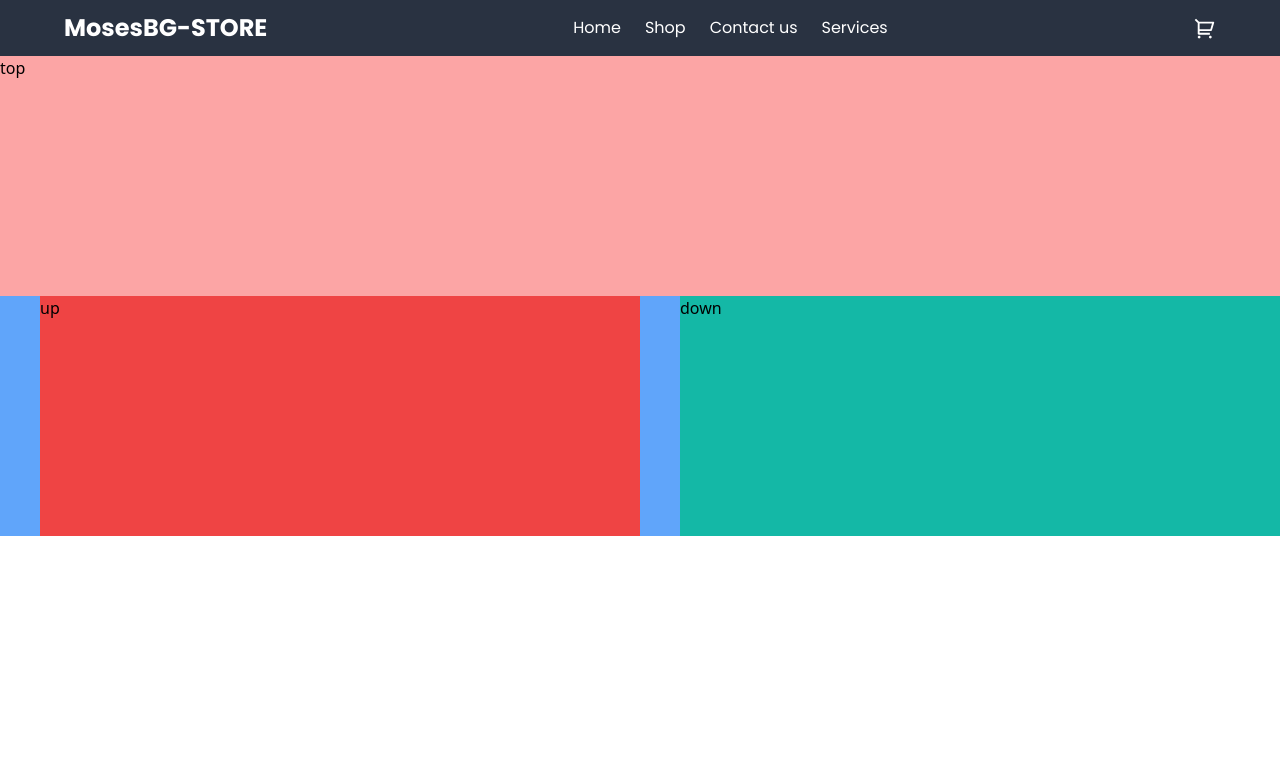
Repository: moshebengan/cart
Page: /fake-store/contact-us
The author's editor kept a copy of each file at every save. The page is drawn from the files as they stood at one save, then again after a run of saves.
The browser window is 1280 px wide. The pictures show the whole page.
The project was rebuilt for these pictures with package versions that can differ from the ones it lists, and the page was loaded fresh each time. Also part of the build but not shown: vite.config.js, src/components/Error.jsx, src/utils/data.js, src/utils/apiCalls.js, src/components/Loading.jsx, src/components/Products.jsx, src/components/Footer.jsx, src/pages/HomePage.jsx and 5 more.

Above is the page before, as saved 2024-09-15 15:23:47.

### index.html
<!DOCTYPE html>
<html lang="en">
  <head>
    <meta charset="UTF-8" />
    <link rel="icon" type="image/svg+xml" href="/vite.svg" />
    <meta name="viewport" content="width=device-width, initial-scale=1.0" />
    <link rel="preconnect" href="https://fonts.googleapis.com" />
    <link rel="preconnect" href="https://fonts.gstatic.com" crossorigin />
    <link
      href="https://fonts.googleapis.com/css2?family=Poppins:ital,wght@0,100;0,200;0,300;0,400;0,500;0,600;0,700;0,800;0,900;1,100;1,200;1,300;1,400;1,500;1,600;1,700;1,800;1,900&display=swap"
      rel="stylesheet"
    />
    <title>MosesBG-SHOP</title>
  </head>
  <body>
    <div id="root"></div>
    <script type="module" src="/src/main.jsx"></script>
  </body>
</html>

### src/main.jsx
import { StrictMode } from 'react'
import { createRoot } from 'react-dom/client'

import './index.css'
import { createBrowserRouter, RouterProvider } from 'react-router-dom'
import routes from './routes.jsx'

const router = createBrowserRouter(routes)

createRoot(document.getElementById('root')).render(
  <StrictMode>
    <RouterProvider router={router} />
  </StrictMode>,
)

### src/index.css
@tailwind base;
@tailwind components;
@tailwind utilities;

body,
html {
  height: 100%;
  width: 100%;
}

.container {
  width: 90%;
  margin: auto;
}

### src/routes.jsx
import Error from "./components/Error";
import ContactUs from "./pages/ContactUs";
import HomePage from "./pages/HomePage";
import MyCart from "./pages/MyCart";
import NavigationBar from "./pages/NavigationBar";
import ShopPage from "./pages/ShopPage";


const routes = [
	{
		path: '/fake-store',
		element: <NavigationBar />,
		children: [
			{
				path:"home",
				element:<HomePage/>,
				errorElement: <Error/>
			},
			{ 	path: 'shop',
				 	element: <ShopPage />,
					errorElement: <Error/>

			},
			{
				path: 'cart',
				element: <MyCart />,
				errorElement: <Error/>
			},
			{
				path:'contact-us',
				element: <ContactUs/>,
				errorElement: <Error />
			}
		]

	},

];

export default routes

### src/pages/ContactUs.jsx


const ContactUs = () => {
  return (
    <div className="w-full h-screen flex flex-col relative">
      <div className="w-full flex-1 bg-red-300">top</div>
      <div className="w-full flex-1 bg-blue-400  flex flex-row justify-evenly items-center gap-10">
        <div className="ml-10 flex-1 h-full bg-red-500" >up</div>
        <div className="flex-1 h-full bg-teal-500">down</div>
        {/* <div className="absolute -top-10 left-10 bg-yellow-300 flex-initial w-64">left</div>
        <div className="absolute -top-10 right-10 bg-pink-400 flex-initial w-32 ">right</div> */}
      </div>
      <div className="bg-white flex-1"></div>
    </div>
  )
}

export default ContactUs

### src/pages/NavigationBar.jsx
import { useState } from "react";
import { Link, Outlet } from "react-router-dom";
import { IoMdMenu, IoMdClose } from "react-icons/io";
import Cart from "../components/Cart";

const NavigationBar = () => {
  const [isOpen, setIsOpen] = useState(false);
  const [cartItems, setCartItems] = useState(0);

  const openNav = () => {
    setIsOpen(!isOpen);
  };

  const resetNav = () => {
    if (isOpen) setIsOpen(!isOpen);
  };

  return (
    <>
      <div className="w-full bg-dark-blue font-poppins">
        <div className="container">
          <nav className="py-3 flex justify-between items-center text-white">
            <h1 className="font-bold text-2xl">MosesBG-STORE</h1>
            <div className="hidden md:flex gap-6">
              <Link to={"/fake-store/home"}>Home</Link>
              <Link to={"/fake-store/shop"}>Shop</Link>
              <Link to={"/fake-store/contact-us"}>Contact us</Link>
              <Link>Services</Link>
            </div>
            <div className="flex flex-row items-center gap-5">
              <Cart resetNav={resetNav} items={cartItems} />
              <div className="z-50 md:hidden">
                <button className="flex items-center">
                  {isOpen ? (
                    <IoMdClose className="p1" onClick={openNav} />
                  ) : (
                    <IoMdMenu className="p1" onClick={openNav} />
                  )}
                </button>
              </div>
            </div>
          </nav>
          <div
            className={`container text-dark-blue ${
              isOpen ? "block" : "hidden"
            } `}
          >
            <div className="z-40 fixed top-0 left-0 bottom-0 w-full bg-dark-blu opacity-35"></div>
            <nav className="z-50 fixed top-0 left-0 bottom-0 flex flex-col gap-10 w-5/6 max-w-sm py-6 px-6 bg-[#F8F8F8] overflow-y-auto">
              <div>
                <h1 className="font-bold text-3xl">MosesBG-SHOP</h1>
                <hr className="h-px mt-3 bg-gray-200 border-0" />
              </div>
              <div className="flex flex-col gap-5">
                <Link
                  to={"/fake-store"}
                  className="nav-item-hover"
                  onClick={resetNav}
                >
                  Home
                </Link>
                <Link
                  to={"/fake-store/shop"}
                  className="nav-item-hover"
                  onClick={resetNav}
                >
                  Shop
                </Link>
                <Link className="nav-item-hover">Contact Us</Link>
                <Link className="nav-item-hover">Services</Link>
                <hr className="h-px mt-3 bg-gray-200 border-0" />
              </div>
            </nav>
          </div>
        </div>
      </div>
      <div className="h-screen w-auto">
        <Outlet context={[cartItems, setCartItems]} />
      </div>
    </>
  );
};

export default NavigationBar;

### src/components/Cart.jsx
import { RiShoppingCart2Line } from "react-icons/ri";
import { Link } from "react-router-dom";

const Cart = ({ resetNav, items }) => {
  return (
    <Link to={"/fake-store/cart"} onClick={resetNav}>
      <div className="relative">
        <RiShoppingCart2Line size={"1.4em"} />
        <span className="absolute text-xs bg-orange-500 p-0.3 px-1 text-red-50 rounded-full -top-1.5 left-4">
          {items > 0 ? items : ""}
        </span>
      </div>
    </Link>
  );
};

export default Cart;

### tailwind.config.js
/** @type {import('tailwindcss').Config} */
export default {
  content: [
    "./index.html",
    "./src/**/*.{js,ts,jsx,tsx}",
  ],
  theme: {
    fontFamily: {
      poppins: ["Poppins", "sans-serif"]
    },
    extend: {
      backgroundImage: {
        "homepage-image": "url('/public/bghomepage.jpg')",
        "homepage-darker": "url('/public/darkerbg.jpg')"
      },
      colors: {
      "dark-blue": "#293241"
    },
    keyframes: {
      'fade-in-out': {
        '0%': { opacity: '0', transform: 'scale(0.95)' },
        '100%': { opacity: '1', transform: 'scale(1)' },
      },
    },
    animation: {
      'fade-in-out': 'fade-in-out 0.5s ease-in-out', // Customize duration and easing
    },
  }
  },
  plugins: [],
}

After the next 2 saves:
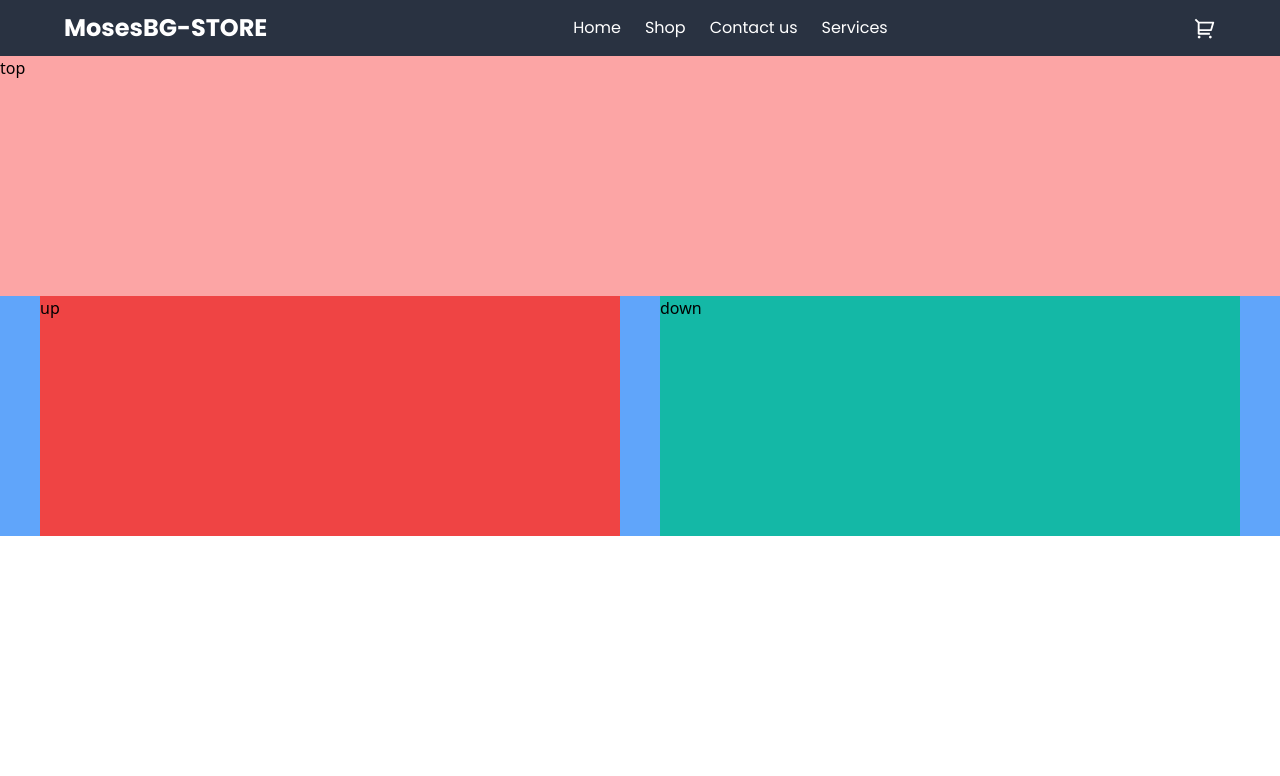
The 2 saves are shown as one change because they came seconds apart.
The last was saved 15 s later.
--- a/src/pages/ContactUs.jsx
+++ b/src/pages/ContactUs.jsx
@@ -6,7 +6,7 @@ const ContactUs = () => {
       <div className="w-full flex-1 bg-red-300">top</div>
       <div className="w-full flex-1 bg-blue-400  flex flex-row justify-evenly items-center gap-10">
         <div className="ml-10 flex-1 h-full bg-red-500" >up</div>
-        <div className="flex-1 h-full bg-teal-500">down</div>
+        <div className=" mr-10 flex-1 h-full bg-teal-500">down</div>
         {/* <div className="absolute -top-10 left-10 bg-yellow-300 flex-initial w-64">left</div>
         <div className="absolute -top-10 right-10 bg-pink-400 flex-initial w-32 ">right</div> */}
       </div>
